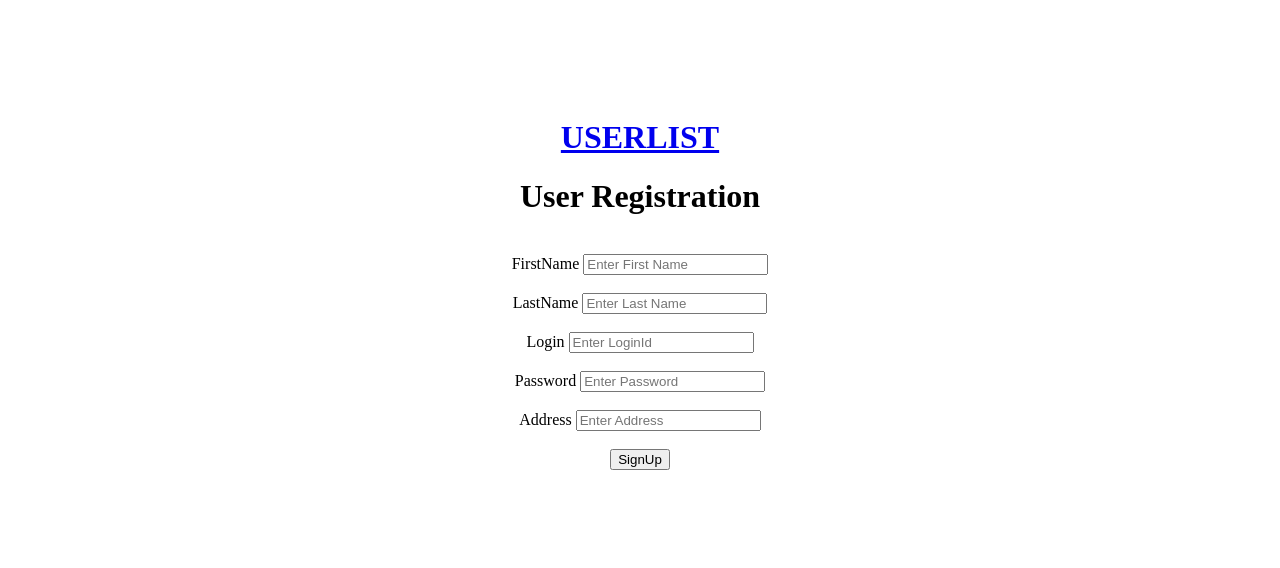
Repository: paras7974/project03practical
Page: http://localhost/proj003/
An editor plug-in stored every save of this project. The page is shown before and after the next save, followed by the edit.
The browser window is 1280 px wide. The pictures show the whole page.
The page is served by Tomcat 9. Other server files are loaded and not shown.

Above is the page before, as saved 2023-12-04 16:54:10.

### project3prac/proj003/src/main/webapp/UserRegistrationView.jsp
<%@ page language="java" contentType="text/html; charset=ISO-8859-1"
    pageEncoding="ISO-8859-1"%>
<!DOCTYPE html>
<html>
<head>
<meta charset="ISO-8859-1">
<title>Insert title here</title>
</head>
<body>

<form action="UserRegistrationCtl" method="post">

<br><br><br><br><br>

<div align="center">
<center>
  <a href="UserListCtl">
  <h1> <font color = "green"></font>USERLIST</h1></a>
  </center>
   <h1>User Registration</h1>
   <table>

         <tr>
         <br>
            <div>
                 <label>FirstName</label>
                 <input type="text" name="firstName" placeholder="Enter First Name" >

                 </div>

                 <br> <div>
                  <label>LastName<label>
                  <input type="text" name  ="lastName" placeholder="Enter Last Name">

                  </div>

                <br>  <div>
                  <label>Login</label>
                  <input type="text" name ="login" placeholder="Enter LoginId">
                  </div>

                <br>  <div>
                  <label>Password</label>
                  <input type="text" name ="password" placeholder="Enter Password">
                  </div>

               <br>   <div>
                  <label>Address</label>
                  <input type="text" name = "address" placeholder="Enter Address">
                  </div>

             <br>   <div class = "text-center">


                   <input type=submit name = "operation" value =SignUp>

                   </div>
                   </tr>
   </table>

</div>
</form>
</body>
</html>

After the next save:
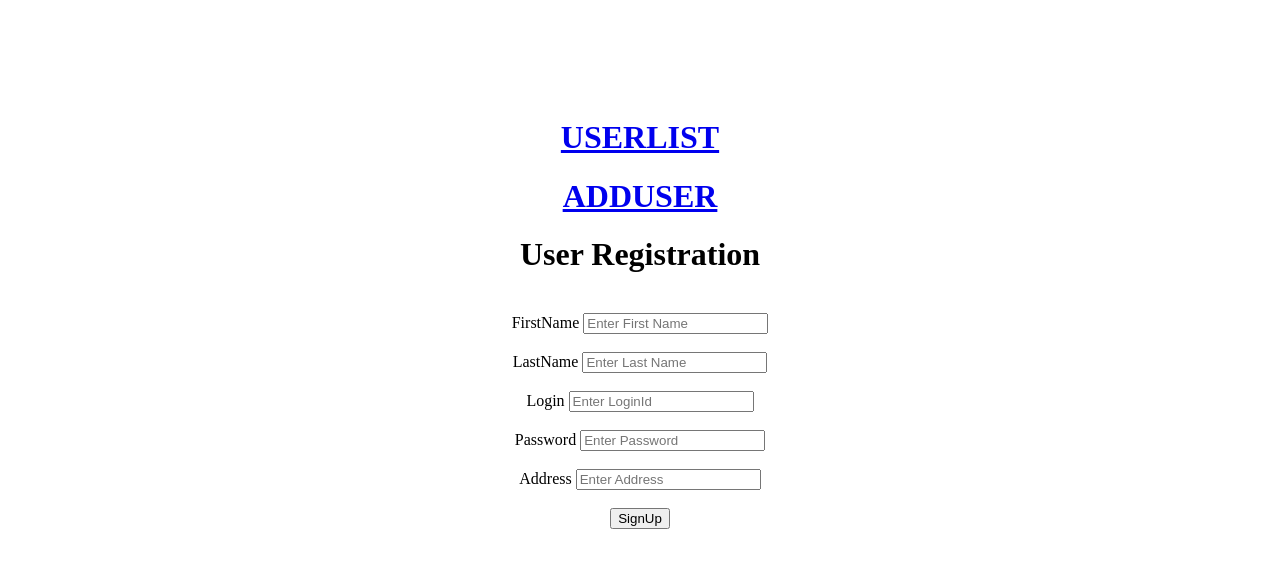
Saved 6 min 37 s later.
--- a/project3prac/proj003/src/main/webapp/UserRegistrationView.jsp
+++ b/project3prac/proj003/src/main/webapp/UserRegistrationView.jsp
@@ -16,6 +16,9 @@
 <center>
   <a href="UserListCtl">
   <h1> <font color = "green"></font>USERLIST</h1></a>
+
+  <a href="UserRegistrationCtl">
+      <h1> <font color = "green"></font>ADDUSER</h1> </a>
   </center>
    <h1>User Registration</h1>
    <table>
